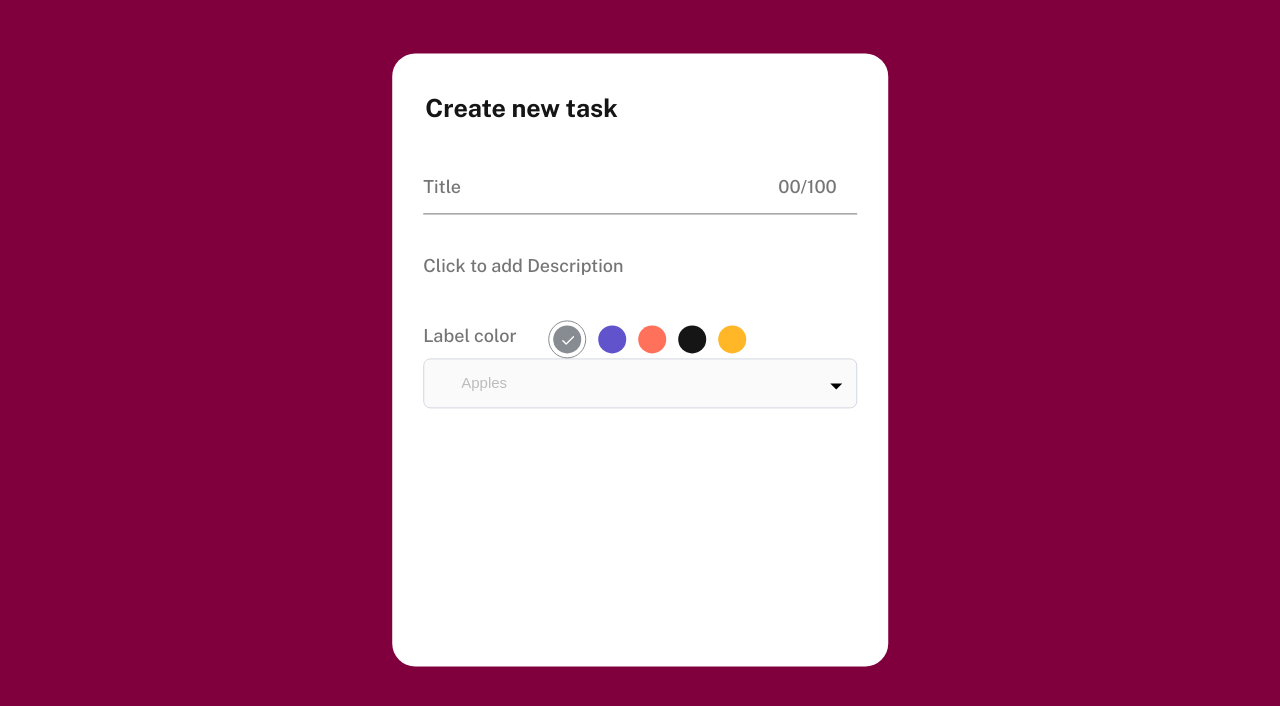
Repository: MorgunovaAlexandra/verstka-form
Page: index.html
An editor plug-in stored every save of this project. The page is shown before and after the next save, followed by the edit.
The browser window is 1280 px wide. The pictures show the whole page.
The style sheet was rebuilt from its Sass, Less or Tailwind sources for each picture, by a compiler version that may differ from the author's.

Above is the page before, as saved 2022-06-24 14:07:49.

### index.html
<!DOCTYPE html>
<html lang="ru">
<head>
    <meta charset="UTF-8">
    <meta http-equiv="X-UA-Compatible" content="IE=edge">
    <meta name="viewport" content="width=device-width, initial-scale=1.0">
    <link rel="stylesheet" href="./css/style.css">
    <title>Document</title>
</head>
<body>
    <div class="wrapper">
       <form class="form">

           <div class="fieldset">
            <legend><b>Create new task</b></legend>
            <div class="form__container __container">
            <div class="text-field">
                <input class="text-field__input" type="text" name="firstname" id="firstname"
                >
                <label class="text-field__label" for="username">Title</label>
                <label class="text-field__label2" for="username">00/100</label>
              </div>
              <div class="form-field__text">Click to add Description</div>
              <div class="form-fied__color field-color">
                  <div class="field-color__text">Label color</div>
                  <div class="field-color__color circle">
                      <div class="circle__border">
                          <div class="circle__color grey">
                              <img class="circle__img" src="./img/done.svg">
                          </div>
                      </div>
                      <div class="circle__color purple"></div>
                      <div class="circle__color red"></div>
                      <div class="circle__color black"></div>
                      <div class="circle__color yellow"></div>
                  </div>
              </div>
              <div class="form-field__select">
                  <div class="select__arrow">
                    <select name="select-category" id="" class="select">
                        <option value="1">Apples</option>
                        <option value="2">Bananas</option>
                        <option value="3">Grapes</option>
                      </select>
                  </div>
              </div>
              </div>
           </div>
        </form>
    </div>
</body>
</html>

### scss/style.scss
@import "variables";
@import "mixins";
@import url('https://fonts.googleapis.com/css2?family=Public+Sans:wght@500;700&display=swap');
body {
   @include vov(rgb(128, 0, 62));
   font-family:$fontFamily ;
   font-weight: $fontWaight;
   line-height: $lineHeight;
   font-size: $fontSize;
   color:$ColorGrey;
}
.__container{
    padding-left: 31px;
    padding-right: 31px;
}
.form{
    width: 495.55px;
    height: 613.21px;
    background-color: white;
    border-radius: 23px;
     box-sizing: border-box;
    position: fixed; top: 50%; left: 50%;
    -webkit-transform: translate(-50%, -50%);
    -ms-transform: translate(-50%, -50%);
    transform: translate(-50%, -50%);
}
legend{
    margin-top: 40px;
    margin-left: 31px;
    font-weight: 700;
    font-size: 25px;
    color:$ColorBlack;
}
.text-field{
    position: relative;
    display: flex;
    justify-content: center;
    margin-top: 46px;
    margin-bottom: 36px;

}
.text-field__input{
    width: 100%;
    height: 40px;
    border: none;
    border-bottom: 1px solid $ColorGrey ;

    }
.text-field__label{
   position: absolute;
   left: 0px;

}
.text-field__label2{
    position: absolute;
    right: 20px;
}
.form-field__text{
    margin-bottom: 38px;
}
.form-fied__color{
    display: flex;
    justify-content: flex-start;
    margin-top: 36px;
}
.field-color__text{
margin-right: 32px;
}
.field-color__color{
    display: flex;
   align-items: center;
}

.circle__border{
    position: relative;
    width: 36px;
    height: 36px;
    border-radius: 50%;
    border: 1px solid #878C93;
}
.grey{
    position: absolute;
    width: 28px;
    height: 28px;
    top:4px;
    left: 4px;
    border-color: #878C93;
    border-radius: 50%;
    z-index: 30;

    background-color:
    #878C93;
}
.circle__img{
    position: absolute;
    top:10px;
    left: 8px;
}
.circle__color{
    width: 28px;
    height: 28px;
    border-radius: 50%;
    margin-right:12px ;
}
.purple{
    background-color: #6153CC;
    margin-left: 12px;
}
.red{
    background-color:#FF715B;
}
.black{
    background-color:$ColorBlack;
}
.yellow{
    background-color:#FFB627;
    margin-right:0px ;
}
.select{
    appearance: none;
    border: 1px solid #566789;
    opacity: 26%;
    width: 100%;
    height: 50px;
    border-radius: 7px;
    cursor: pointer;
    padding-left: 37px;
    padding-top: 15px;
    padding-bottom: 16px;
    padding-right: 35px;
    font-size: 15px;

}
.select__arrow{
    position: relative;
}
.select__arrow::after{
content: "";
position: absolute;
top:50%;
right: 15px;
transform: translateY(-50%);
display: block;
width: 12px;
height: 6px;

pointer-events: none;

width: 0;
height: 0;
border-style: solid;
border-width: 6px 6px 0 6px;
border-color: #000000 transparent transparent transparent;
border-style: inset;
-webkit-transform:rotate(360deg);


}

### scss/variables.scss
$bgColor: green;
$fontFamily:'Public Sans', sans-serif;
$fontWaight:500;
$fontSize:18px;
$lineHeight:31.86px;
$ColorBlack:#151515;
$ColorGrey:#757575;

### scss/mixins.scss
@mixin vov($color) {
    font-size: 30px;
    background-color:$color ;
}

After the next save:
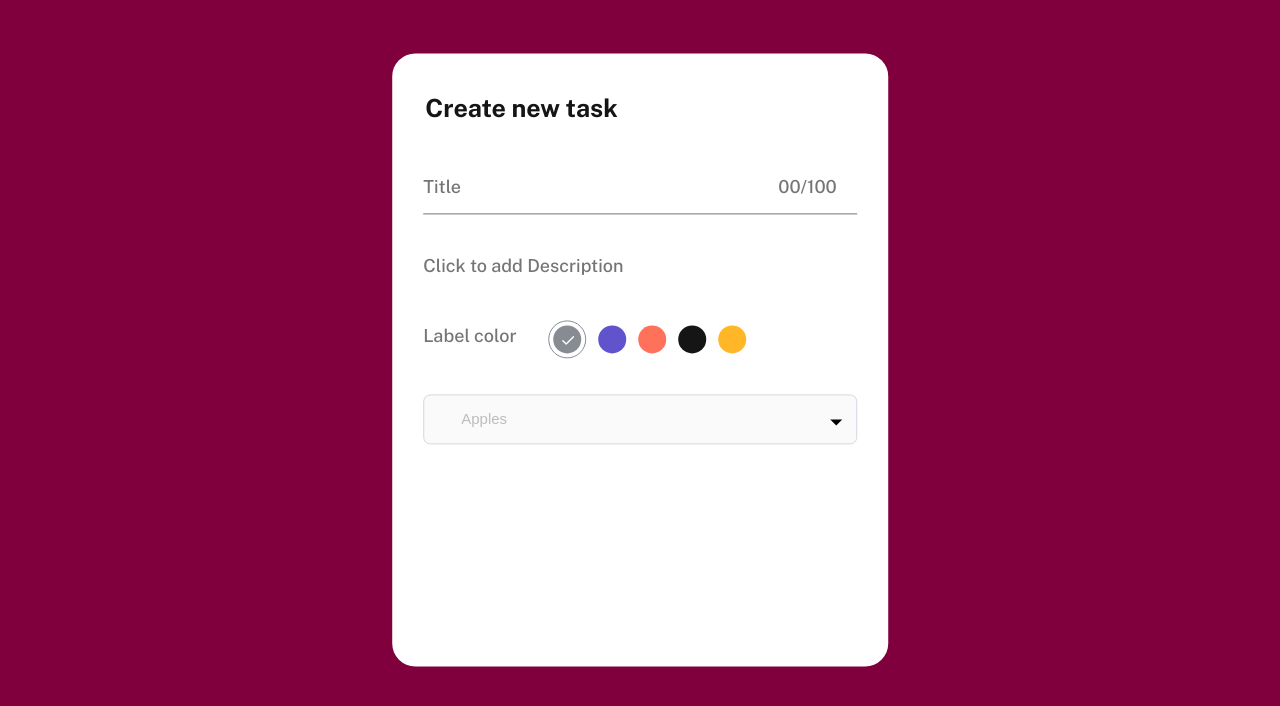
Saved 9 s later.
--- a/scss/style.scss
+++ b/scss/style.scss
@@ -61,7 +61,7 @@ legend{
 .form-fied__color{
     display: flex;
     justify-content: flex-start;
-    margin-top: 36px;
+    margin-bottom: 36px;
 }
 .field-color__text{
 margin-right: 32px;
